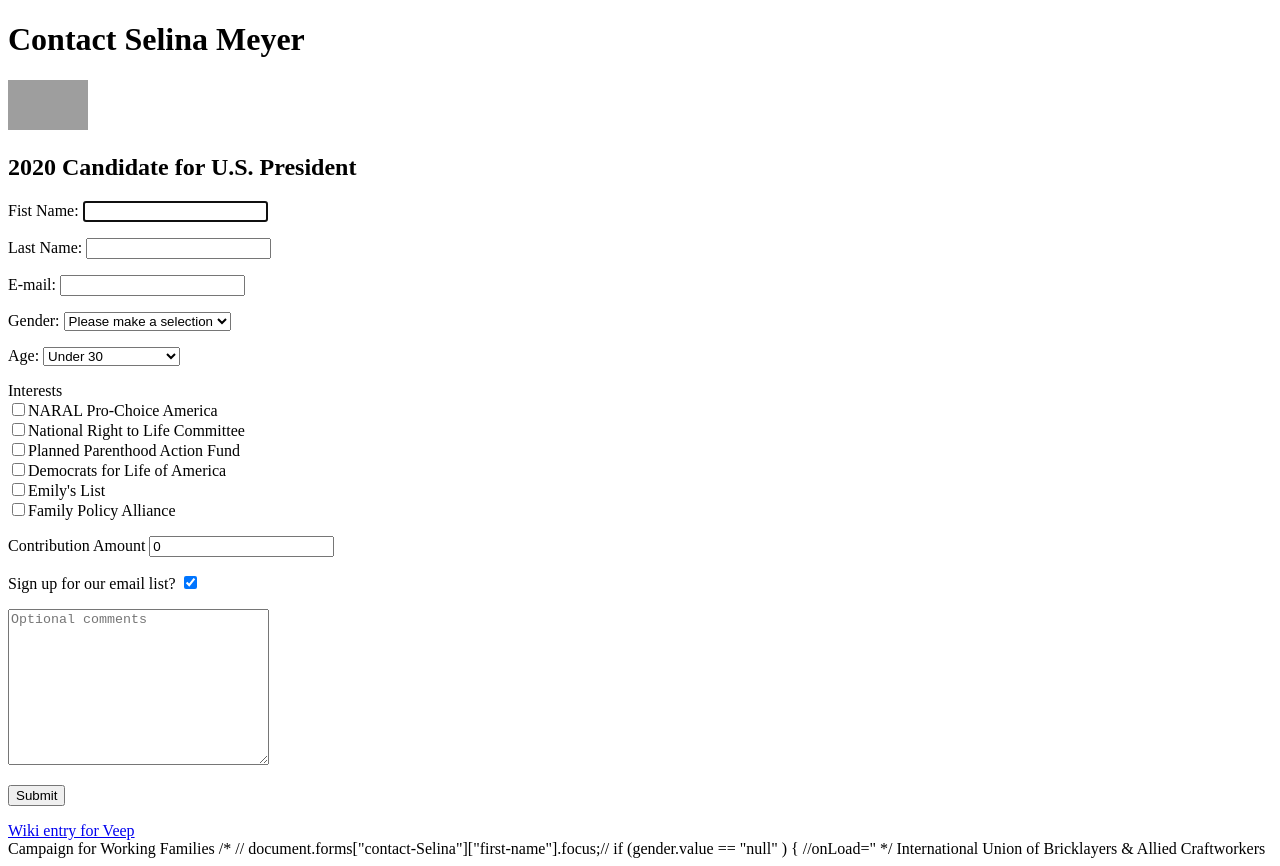
Repository: github-patrixweb/cosw30
Page: homework/week2/contact.html
The author's editor kept a record of every edit. The page is drawn from the files as they stood at one moment, then again after the next edit.
The browser window is 1280 px wide. The pictures show the whole page.
Pictures or frames that could not be fetched are drawn as grey boxes.

Above is the page before.

### homework/week2/contact.html
<!doctype html>
<html lang="en">
<head>
    <script>
        function validateForm(){

            document.getElementById('last-name').focus();
            x = document.forms["contact-Selina"]["gender"].value;

                alert("hello world") ;
                alert(x);


    return true;


        }

    </script>
	<meta charset="utf-8">
	<title>Contact Selina Meyer</title>
</head>
<body>
    <header>
        <h1>Contact Selina Meyer</h1>
        <a href="https://en.wikipedia.org/wiki/Veep" target="_new"><img src="https://lbcc.instructure.com/courses/40413/files/1336648/preview" height=50 width=80></img></a>
        <h2>2020 Candidate for U.S. President</h2>
    </header>
    <section>
        <form name="contact-Selina" action="process_contact.php"
        onsubmit"return validateForm()" method="post">
            <p>
                <label for"first-name">Fist Name:</label>
                <input type="text" id="first-name" required autofocus /></p>
            <p><label for"last-name">Last Name:</label>
                <input type="text" id="last-name" required /></p>
            <p><label for"email">E-mail:</label>
                <input type="email" id="email" required /></p>
            	<p><label>Gender:
	                <select id="gender">
		                <option value="null">Please make a selection</option>
		                <option value="m">Male</option>
		                <option value="f">Female</option>
		                <option value="p">Prefer Not to Say</option>
                	</select></label></p>

	        <p><label>Age:
	            <select name="age">
		            <option value="0-29">Under 30</option>
		            <option value="30-60">Between 30 and 60</option>
		            <option value="60+">Over 60</option>
	            </select></label></p>

            <p><lable for="interests">Interests<br />
                <input type="checkbox" id="interest1">NARAL Pro-Choice America<br />
                <input type="checkbox" id="interest2">National Right to Life Committee<br />
                <input type="checkbox" id="interest3">Planned Parenthood Action Fund<br />
                <input type="checkbox" id="interest4">Democrats for Life of America<br />
                <input type="checkbox" id="interest5">Emily's List<br />
                <input type="checkbox" id="interest6">Family Policy Alliance
            </lable></p>
            <p><label for="contribution">Contribution Amount
                <input type="number" value=0 id="contribution">
            </label></p>

            <p><label>Sign up for our email list?
                <input type="checkbox" name="email-list" checked/>
            </label></p>

            <p><textarea name="message" rows="10" cols="30" placeholder="Optional comments"></textarea>
                </p>

            <p><input type="submit" value="Submit"/></p>
        </form>
    </section>
    <footer>
        <a href="https://en.wikipedia.org/wiki/Veep">Wiki entry for Veep</a>
    </footer>
</body>
</html>
Campaign for Working Families

/*
// document.forms["contact-Selina"]["first-name"].focus;//            if (gender.value == "null" ) {
//onLoad="
*/

International Union of Bricklayers & Allied Craftworkers

After the next edit:
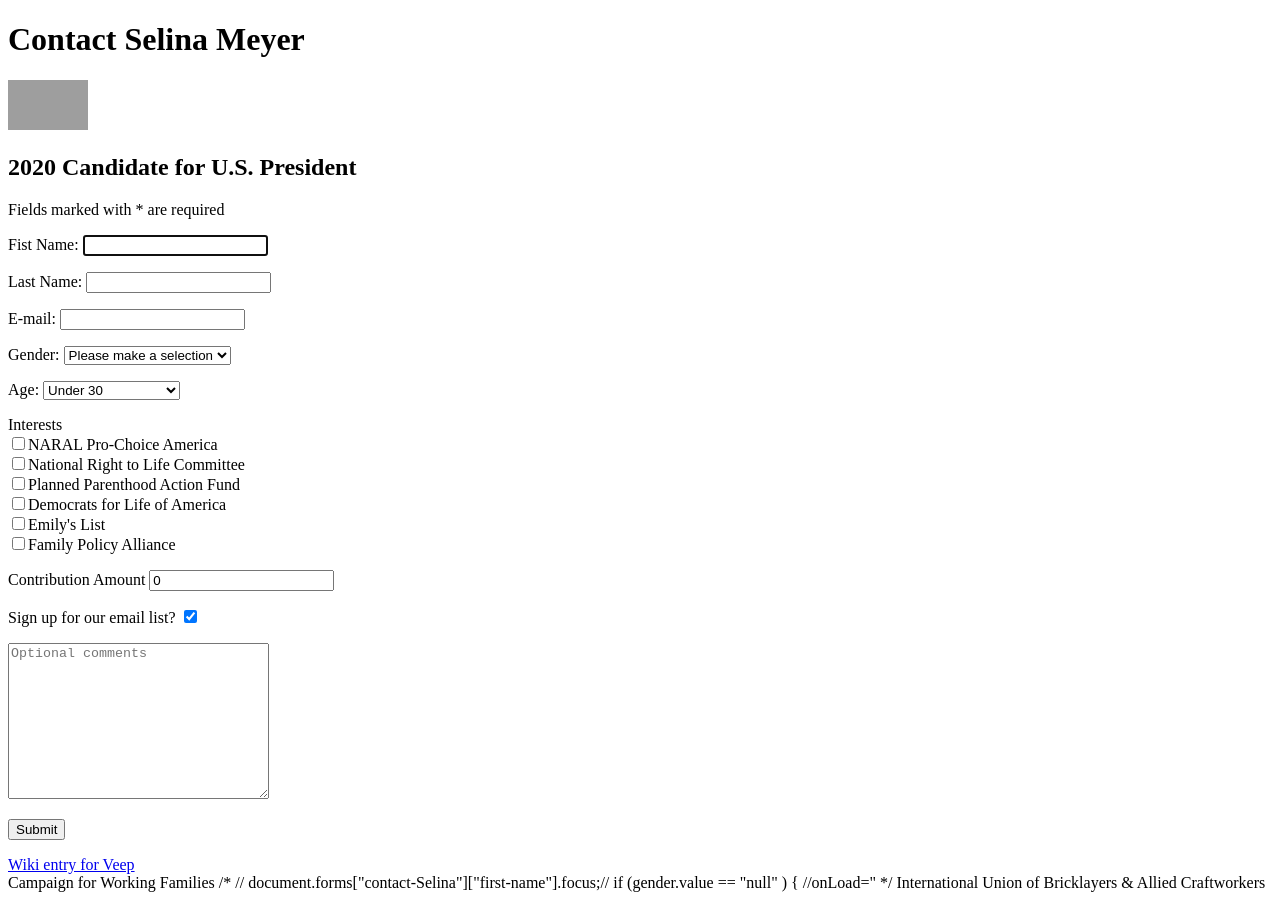
The edit:
--- a/homework/week2/contact.html
+++ b/homework/week2/contact.html
@@ -29,6 +29,7 @@
     <section>
         <form name="contact-Selina" action="process_contact.php"
         onsubmit"return validateForm()" method="post">
+            <p>Fields marked with * are required</p>
             <p>
                 <label for"first-name">Fist Name:</label>
                 <input type="text" id="first-name" required autofocus /></p>
